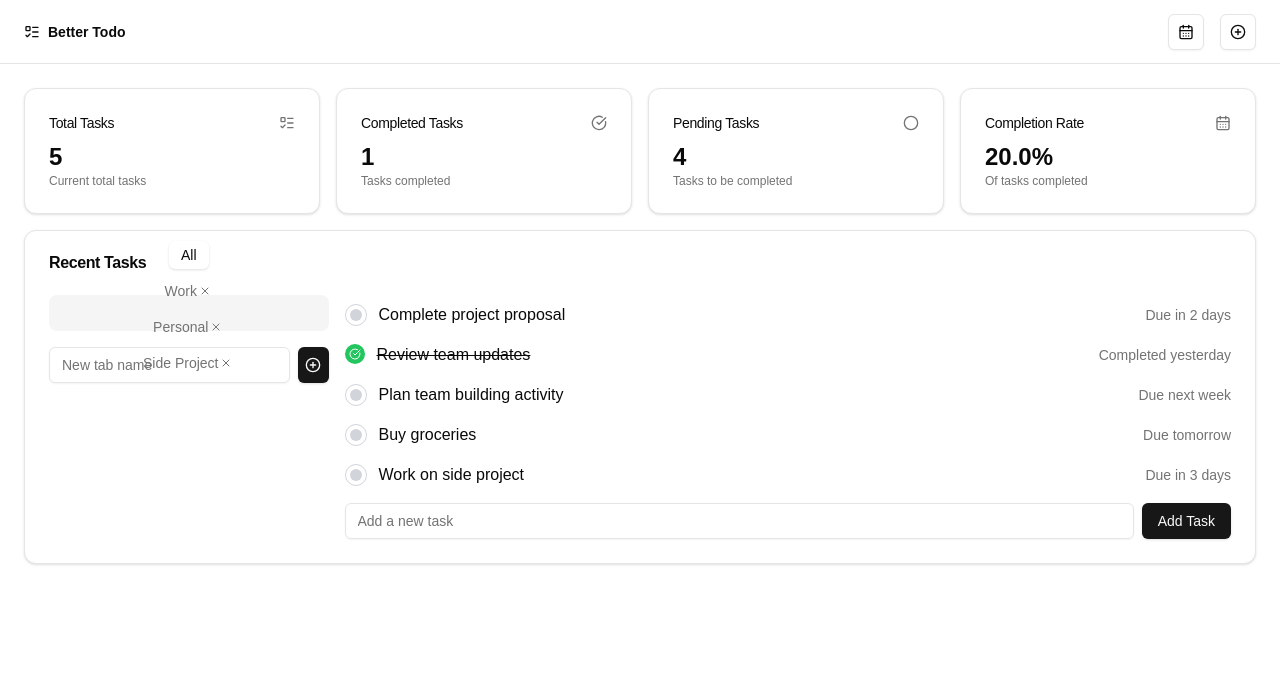
Repository: malikbarbier7/better-todo
Page: /dashboard
The author's editor kept a copy of each file at every save. The page is drawn from the files as they stood at one save, then again after the next save.
The browser window is 1280 px wide. The pictures show the whole page.
The project was rebuilt for these pictures with package versions that can differ from the ones it lists, and the page was loaded fresh each time. The framework's server and built-in components were replaced by stand-ins that run in the browser. Also part of the build but not shown: next.config.js, next.config.mjs.

Above is the page before, as saved 2024-10-04 10:37:27.

### app/dashboard/page.tsx
import { Dashboard } from '@/components/dashboard'

export default function DashboardPage() {
  return <Dashboard />
}

### components/dashboard.tsx
'use client'

import React from 'react'
import { Button } from "@/components/ui/button"
import { Card, CardContent, CardHeader, CardTitle } from "@/components/ui/card"
import { Input } from "@/components/ui/input"
import { Tabs, TabsContent, TabsList, TabsTrigger } from "@/components/ui/tabs"
import { CalendarDays, CheckCircle, Circle, ListTodo, PlusCircle, X } from "lucide-react"

export function Dashboard() {
  const [tabs, setTabs] = React.useState(['All', 'Work', 'Personal', 'Side Project'])
  const [activeTab, setActiveTab] = React.useState('All')
  const [newTabName, setNewTabName] = React.useState('')
  const [newTaskName, setNewTaskName] = React.useState('')
  const [tasks, setTasks] = React.useState({
    'All': [
      { id: 1, name: 'Complete project proposal', status: 'pending', category: 'Work', dueDate: 'Due in 2 days' },
      { id: 2, name: 'Review team updates', status: 'completed', category: 'Work', dueDate: 'Completed yesterday' },
      { id: 3, name: 'Plan team building activity', status: 'pending', category: 'Work', dueDate: 'Due next week' },
      { id: 4, name: 'Buy groceries', status: 'pending', category: 'Personal', dueDate: 'Due tomorrow' },
      { id: 5, name: 'Work on side project', status: 'pending', category: 'Side Project', dueDate: 'Due in 3 days' },
    ],
    'Work': [
      { id: 1, name: 'Complete project proposal', status: 'pending', category: 'Work', dueDate: 'Due in 2 days' },
      { id: 2, name: 'Review team updates', status: 'completed', category: 'Work', dueDate: 'Completed yesterday' },
      { id: 3, name: 'Plan team building activity', status: 'pending', category: 'Work', dueDate: 'Due next week' },
    ],
    'Personal': [
      { id: 4, name: 'Buy groceries', status: 'pending', category: 'Personal', dueDate: 'Due tomorrow' },
    ],
    'Side Project': [
      { id: 5, name: 'Work on side project', status: 'pending', category: 'Side Project', dueDate: 'Due in 3 days' },
    ],
  })

  const handleAddTab = () => {
    if (newTabName && !tabs.includes(newTabName)) {
      setTabs([...tabs, newTabName])
      setTasks({ ...tasks, [newTabName]: [] })
      setActiveTab(newTabName)
      setNewTabName('')
    }
  }

  const handleRemoveTab = (tab: string) => {
    if (tab !== 'All') {
      const newTabs = tabs.filter(t => t !== tab)
      const { [tab]: removedTasks, ...restTasks } = tasks
      setTabs(newTabs)
      setTasks(restTasks)
      setActiveTab('All')
    }
  }

  const handleAddTask = (e: React.FormEvent) => {
    e.preventDefault()
    if (newTaskName) {
      const newTask = {
        id: Date.now(),
        name: newTaskName,
        status: 'pending',
        category: activeTab === 'All' ? 'Uncategorized' : activeTab,
        dueDate: 'Not set'
      }
      setTasks(prevTasks => ({
        ...prevTasks,
        [activeTab]: [...prevTasks[activeTab], newTask],
        'All': [...prevTasks['All'], newTask]
      }))
      setNewTaskName('')
    }
  }

  const handleTaskStatusChange = (taskId: string, newStatus: 'completed' | 'pending') => {
    setTasks(prevTasks => {
      const updatedTasks = { ...prevTasks };
      for (const category in updatedTasks) {
        updatedTasks[category] = updatedTasks[category].map(task =>
          task.id.toString() === taskId ? { ...task, status: newStatus } : task
        );
      }
      return updatedTasks;
    });
  };

  // Calculer le nombre total de tâches
  const totalTasks = tasks['All'].length;

  // Calculer le nombre de tâches complétées
  const completedTasks = tasks['All'].filter(task => task.status === 'completed').length;

  // Calculer le nombre de tâches en attente
  const pendingTasks = totalTasks - completedTasks;

  // Calculer le taux de complétion
  const completionRate = totalTasks > 0 ? ((completedTasks / totalTasks) * 100).toFixed(1) : '0.0';

  return (
    <div className="flex flex-col min-h-screen">
      <header className="flex items-center h-16 px-4 border-b shrink-0 md:px-6">
        <nav className="flex-1">
          <ul className="flex items-center gap-4 text-sm font-medium">
            <li className="flex items-center gap-2">
              <ListTodo className="w-4 h-4" />
              <span className="font-bold">Better Todo</span>
            </li>
          </ul>
        </nav>
        <div className="flex items-center gap-4 md:gap-2 lg:gap-4">
          <Button variant="outline" size="icon">
            <CalendarDays className="w-4 h-4" />
            <span className="sr-only">View calendar</span>
          </Button>
          <Button variant="outline" size="icon">
            <PlusCircle className="w-4 h-4" />
            <span className="sr-only">Create new task</span>
          </Button>
        </div>
      </header>
      <main className="flex-1 overflow-auto p-4 md:p-6">
        <div className="grid gap-4 md:grid-cols-2 lg:grid-cols-4">
          <Card>
            <CardHeader className="flex flex-row items-center justify-between pb-2 space-y-0">
              <CardTitle className="text-sm font-medium">Total Tasks</CardTitle>
              <ListTodo className="w-4 h-4 text-muted-foreground" />
            </CardHeader>
            <CardContent>
              <div className="text-2xl font-bold">{totalTasks}</div>
              <p className="text-xs text-muted-foreground">Current total tasks</p>
            </CardContent>
          </Card>
          <Card>
            <CardHeader className="flex flex-row items-center justify-between pb-2 space-y-0">
              <CardTitle className="text-sm font-medium">Completed Tasks</CardTitle>
              <CheckCircle className="w-4 h-4 text-muted-foreground" />
            </CardHeader>
            <CardContent>
              <div className="text-2xl font-bold">{completedTasks}</div>
              <p className="text-xs text-muted-foreground">Tasks completed</p>
            </CardContent>
          </Card>
          <Card>
            <CardHeader className="flex flex-row items-center justify-between pb-2 space-y-0">
              <CardTitle className="text-sm font-medium">Pending Tasks</CardTitle>
              <Circle className="w-4 h-4 text-muted-foreground" />
            </CardHeader>
            <CardContent>
              <div className="text-2xl font-bold">{pendingTasks}</div>
              <p className="text-xs text-muted-foreground">Tasks to be completed</p>
            </CardContent>
          </Card>
          <Card>
            <CardHeader className="flex flex-row items-center justify-between pb-2 space-y-0">
              <CardTitle className="text-sm font-medium">Completion Rate</CardTitle>
              <CalendarDays className="w-4 h-4 text-muted-foreground" />
            </CardHeader>
            <CardContent>
              <div className="text-2xl font-bold">{completionRate}%</div>
              <p className="text-xs text-muted-foreground">Of tasks completed</p>
            </CardContent>
          </Card>
        </div>
        <Card className="mt-4">
          <CardHeader>
            <CardTitle>Recent Tasks</CardTitle>
          </CardHeader>
          <CardContent>
            <Tabs value={activeTab} onValueChange={setActiveTab} className="w-full">
              <div className="flex flex-col sm:flex-row">
                <div className="w-full sm:w-1/4 mb-4 sm:mb-0 sm:pr-4">
                  <TabsList className="flex flex-col w-full">
                    {tabs.map((tab) => (
                      <TabsTrigger key={tab} value={tab} className="justify-between mb-2">
                        {tab}
                        {tab !== 'All' && (
                          <Button
                            variant="ghost"
                            size="icon"
                            className="h-4 w-4"
                            onClick={(e) => {
                              e.stopPropagation()
                              handleRemoveTab(tab)
                            }}
                          >
                            <X className="h-3 w-3" />
                          </Button>
                        )}
                      </TabsTrigger>
                    ))}
                  </TabsList>
                  <div className="flex items-center space-x-2 mt-4">
                    <Input
                      placeholder="New tab name"
                      value={newTabName}
                      onChange={(e) => setNewTabName(e.target.value)}
                      className="flex-grow"
                    />
                    <Button onClick={handleAddTab} size="icon">
                      <PlusCircle className="h-4 w-4" />
                    </Button>
                  </div>
                </div>
                <div className="w-full sm:w-3/4">
                  {tabs.map((tab) => (
                    <TabsContent key={tab} value={tab}>
                      <div className="space-y-4">
                        {tasks[tab]?.map((task) => (
                          <div key={task.id} className="flex items-center">
                            <div className="relative">
                              {task.status === 'completed' ? (
                                <button
                                  className="p-1 bg-green-500 text-white rounded-full"
                                  onClick={() => handleTaskStatusChange(task.id.toString(), 'pending')}
                                >
                                  <CheckCircle className="w-3 h-3" />
                                </button>
                              ) : (
                                <button
                                  className="p-1 border border-gray-300 rounded-full flex items-center justify-center"
                                  onClick={() => handleTaskStatusChange(task.id.toString(), 'completed')}
                                >
                                  <div className="w-3 h-3 bg-gray-300 rounded-full"></div>
                                </button>
                              )}
                            </div>
                            <span className={`ml-3 flex-1 ${task.status === 'completed' ? 'line-through' : ''}`}>{task.name}</span>
                            <span className="text-sm text-muted-foreground">{task.dueDate}</span>
                          </div>
                        ))}
                      </div>
                      <form onSubmit={handleAddTask} className="mt-4 flex items-center space-x-2">
                        <Input
                          placeholder="Add a new task"
                          value={newTaskName}
                          onChange={(e) => setNewTaskName(e.target.value)}
                          className="flex-grow"
                        />
                        <Button type="submit">Add Task</Button>
                      </form>
                    </TabsContent>
                  ))}
                </div>
              </div>
            </Tabs>
          </CardContent>
        </Card>
      </main>
    </div>
  )
}

### components/ui/button.tsx
import * as React from "react"
import { Slot } from "@radix-ui/react-slot"
import { cva, type VariantProps } from "class-variance-authority"

import { cn } from "@/lib/utils"

const buttonVariants = cva(
  "inline-flex items-center justify-center whitespace-nowrap rounded-md text-sm font-medium transition-colors focus-visible:outline-none focus-visible:ring-1 focus-visible:ring-ring disabled:pointer-events-none disabled:opacity-50",
  {
    variants: {
      variant: {
        default:
          "bg-primary text-primary-foreground shadow hover:bg-primary/90",
        destructive:
          "bg-destructive text-destructive-foreground shadow-sm hover:bg-destructive/90",
        outline:
          "border border-input bg-background shadow-sm hover:bg-accent hover:text-accent-foreground",
        secondary:
          "bg-secondary text-secondary-foreground shadow-sm hover:bg-secondary/80",
        ghost: "hover:bg-accent hover:text-accent-foreground",
        link: "text-primary underline-offset-4 hover:underline",
      },
      size: {
        default: "h-9 px-4 py-2",
        sm: "h-8 rounded-md px-3 text-xs",
        lg: "h-10 rounded-md px-8",
        icon: "h-9 w-9",
      },
    },
    defaultVariants: {
      variant: "default",
      size: "default",
    },
  }
)

export interface ButtonProps
  extends React.ButtonHTMLAttributes<HTMLButtonElement>,
    VariantProps<typeof buttonVariants> {
  asChild?: boolean
}

const Button = React.forwardRef<HTMLButtonElement, ButtonProps>(
  ({ className, variant, size, asChild = false, ...props }, ref) => {
    const Comp = asChild ? Slot : "button"
    return (
      <Comp
        className={cn(buttonVariants({ variant, size, className }))}
        ref={ref}
        {...props}
      />
    )
  }
)
Button.displayName = "Button"

export { Button, buttonVariants }

### components/ui/card.tsx
import * as React from "react"

import { cn } from "@/lib/utils"

const Card = React.forwardRef<
  HTMLDivElement,
  React.HTMLAttributes<HTMLDivElement>
>(({ className, ...props }, ref) => (
  <div
    ref={ref}
    className={cn(
      "rounded-xl border bg-card text-card-foreground shadow",
      className
    )}
    {...props}
  />
))
Card.displayName = "Card"

const CardHeader = React.forwardRef<
  HTMLDivElement,
  React.HTMLAttributes<HTMLDivElement>
>(({ className, ...props }, ref) => (
  <div
    ref={ref}
    className={cn("flex flex-col space-y-1.5 p-6", className)}
    {...props}
  />
))
CardHeader.displayName = "CardHeader"

const CardTitle = React.forwardRef<
  HTMLParagraphElement,
  React.HTMLAttributes<HTMLHeadingElement>
>(({ className, ...props }, ref) => (
  <h3
    ref={ref}
    className={cn("font-semibold leading-none tracking-tight", className)}
    {...props}
  />
))
CardTitle.displayName = "CardTitle"

const CardDescription = React.forwardRef<
  HTMLParagraphElement,
  React.HTMLAttributes<HTMLParagraphElement>
>(({ className, ...props }, ref) => (
  <p
    ref={ref}
    className={cn("text-sm text-muted-foreground", className)}
    {...props}
  />
))
CardDescription.displayName = "CardDescription"

const CardContent = React.forwardRef<
  HTMLDivElement,
  React.HTMLAttributes<HTMLDivElement>
>(({ className, ...props }, ref) => (
  <div ref={ref} className={cn("p-6 pt-0", className)} {...props} />
))
CardContent.displayName = "CardContent"

const CardFooter = React.forwardRef<
  HTMLDivElement,
  React.HTMLAttributes<HTMLDivElement>
>(({ className, ...props }, ref) => (
  <div
    ref={ref}
    className={cn("flex items-center p-6 pt-0", className)}
    {...props}
  />
))
CardFooter.displayName = "CardFooter"

export { Card, CardHeader, CardFooter, CardTitle, CardDescription, CardContent }

### components/ui/input.tsx
import * as React from "react"

import { cn } from "@/lib/utils"

export interface InputProps
  extends React.InputHTMLAttributes<HTMLInputElement> {}

const Input = React.forwardRef<HTMLInputElement, InputProps>(
  ({ className, type, ...props }, ref) => {
    return (
      <input
        type={type}
        className={cn(
          "flex h-9 w-full rounded-md border border-input bg-transparent px-3 py-1 text-sm shadow-sm transition-colors file:border-0 file:bg-transparent file:text-sm file:font-medium file:text-foreground placeholder:text-muted-foreground focus-visible:outline-none focus-visible:ring-1 focus-visible:ring-ring disabled:cursor-not-allowed disabled:opacity-50",
          className
        )}
        ref={ref}
        {...props}
      />
    )
  }
)
Input.displayName = "Input"

export { Input }

### components/ui/tabs.tsx
"use client"

import * as React from "react"
import * as TabsPrimitive from "@radix-ui/react-tabs"

import { cn } from "@/lib/utils"

const Tabs = TabsPrimitive.Root

const TabsList = React.forwardRef<
  React.ElementRef<typeof TabsPrimitive.List>,
  React.ComponentPropsWithoutRef<typeof TabsPrimitive.List>
>(({ className, ...props }, ref) => (
  <TabsPrimitive.List
    ref={ref}
    className={cn(
      "inline-flex h-9 items-center justify-center rounded-lg bg-muted p-1 text-muted-foreground",
      className
    )}
    {...props}
  />
))
TabsList.displayName = TabsPrimitive.List.displayName

const TabsTrigger = React.forwardRef<
  React.ElementRef<typeof TabsPrimitive.Trigger>,
  React.ComponentPropsWithoutRef<typeof TabsPrimitive.Trigger>
>(({ className, ...props }, ref) => (
  <TabsPrimitive.Trigger
    ref={ref}
    className={cn(
      "inline-flex items-center justify-center whitespace-nowrap rounded-md px-3 py-1 text-sm font-medium ring-offset-background transition-all focus-visible:outline-none focus-visible:ring-2 focus-visible:ring-ring focus-visible:ring-offset-2 disabled:pointer-events-none disabled:opacity-50 data-[state=active]:bg-background data-[state=active]:text-foreground data-[state=active]:shadow",
      className
    )}
    {...props}
  />
))
TabsTrigger.displayName = TabsPrimitive.Trigger.displayName

const TabsContent = React.forwardRef<
  React.ElementRef<typeof TabsPrimitive.Content>,
  React.ComponentPropsWithoutRef<typeof TabsPrimitive.Content>
>(({ className, ...props }, ref) => (
  <TabsPrimitive.Content
    ref={ref}
    className={cn(
      "mt-2 ring-offset-background focus-visible:outline-none focus-visible:ring-2 focus-visible:ring-ring focus-visible:ring-offset-2",
      className
    )}
    {...props}
  />
))
TabsContent.displayName = TabsPrimitive.Content.displayName

export { Tabs, TabsList, TabsTrigger, TabsContent }

Loaded but not shown: app/layout.tsx (common file); app/globals.css (common file); lib/utils.ts (common file); tailwind.config.ts (common file)

After the next save:
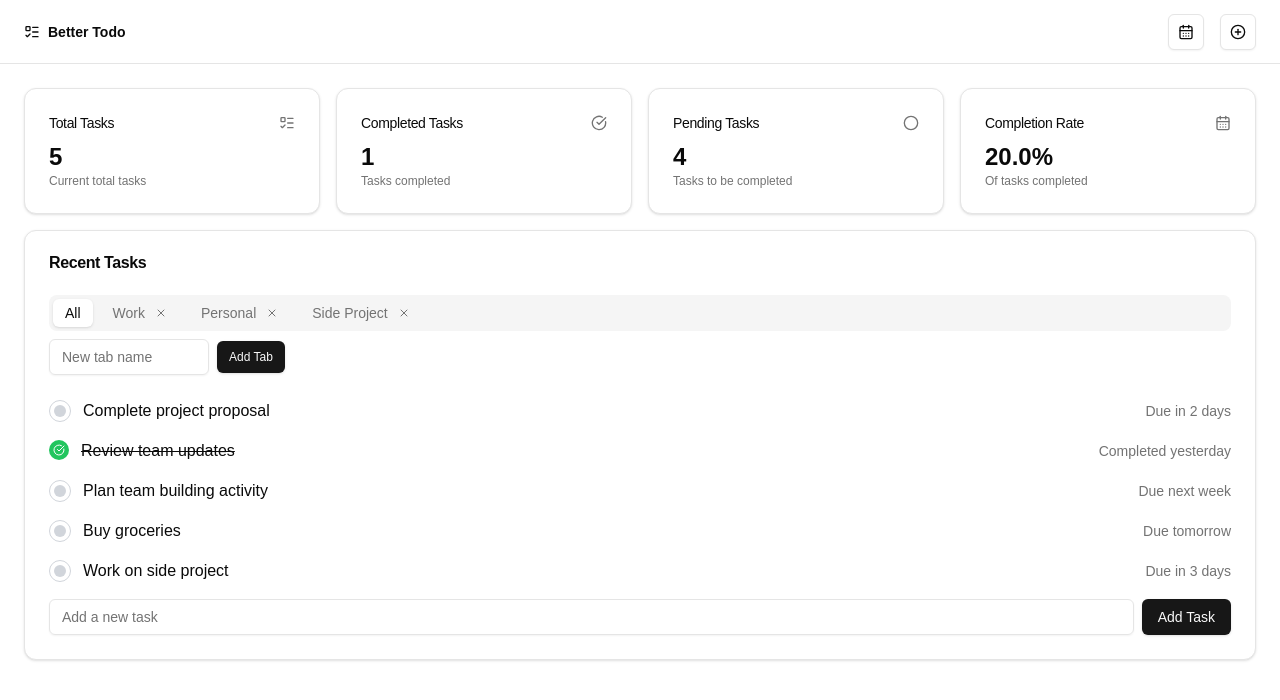
Saved 45 s later.
--- a/components/dashboard.tsx
+++ b/components/dashboard.tsx
@@ -166,17 +166,17 @@ export function Dashboard() {
           </CardHeader>
           <CardContent>
             <Tabs value={activeTab} onValueChange={setActiveTab} className="w-full">
-              <div className="flex flex-col sm:flex-row">
-                <div className="w-full sm:w-1/4 mb-4 sm:mb-0 sm:pr-4">
-                  <TabsList className="flex flex-col w-full">
+              <div className="flex flex-col">
+                <div className="mb-4">
+                  <TabsList className="flex flex-wrap justify-start">
                     {tabs.map((tab) => (
-                      <TabsTrigger key={tab} value={tab} className="justify-between mb-2">
+                      <TabsTrigger key={tab} value={tab} className="mr-2 mb-2">
                         {tab}
                         {tab !== 'All' && (
                           <Button
                             variant="ghost"
                             size="icon"
-                            className="h-4 w-4"
+                            className="ml-2 h-4 w-4"
                             onClick={(e) => {
                               e.stopPropagation()
                               handleRemoveTab(tab)
@@ -188,19 +188,19 @@ export function Dashboard() {
                       </TabsTrigger>
                     ))}
                   </TabsList>
-                  <div className="flex items-center space-x-2 mt-4">
+                  <div className="flex items-center space-x-2 mt-2">
                     <Input
                       placeholder="New tab name"
                       value={newTabName}
                       onChange={(e) => setNewTabName(e.target.value)}
-                      className="flex-grow"
+                      className="w-40"
                     />
-                    <Button onClick={handleAddTab} size="icon">
-                      <PlusCircle className="h-4 w-4" />
+                    <Button onClick={handleAddTab} size="sm">
+                      Add Tab
                     </Button>
                   </div>
                 </div>
-                <div className="w-full sm:w-3/4">
+                <div>
                   {tabs.map((tab) => (
                     <TabsContent key={tab} value={tab}>
                       <div className="space-y-4">
